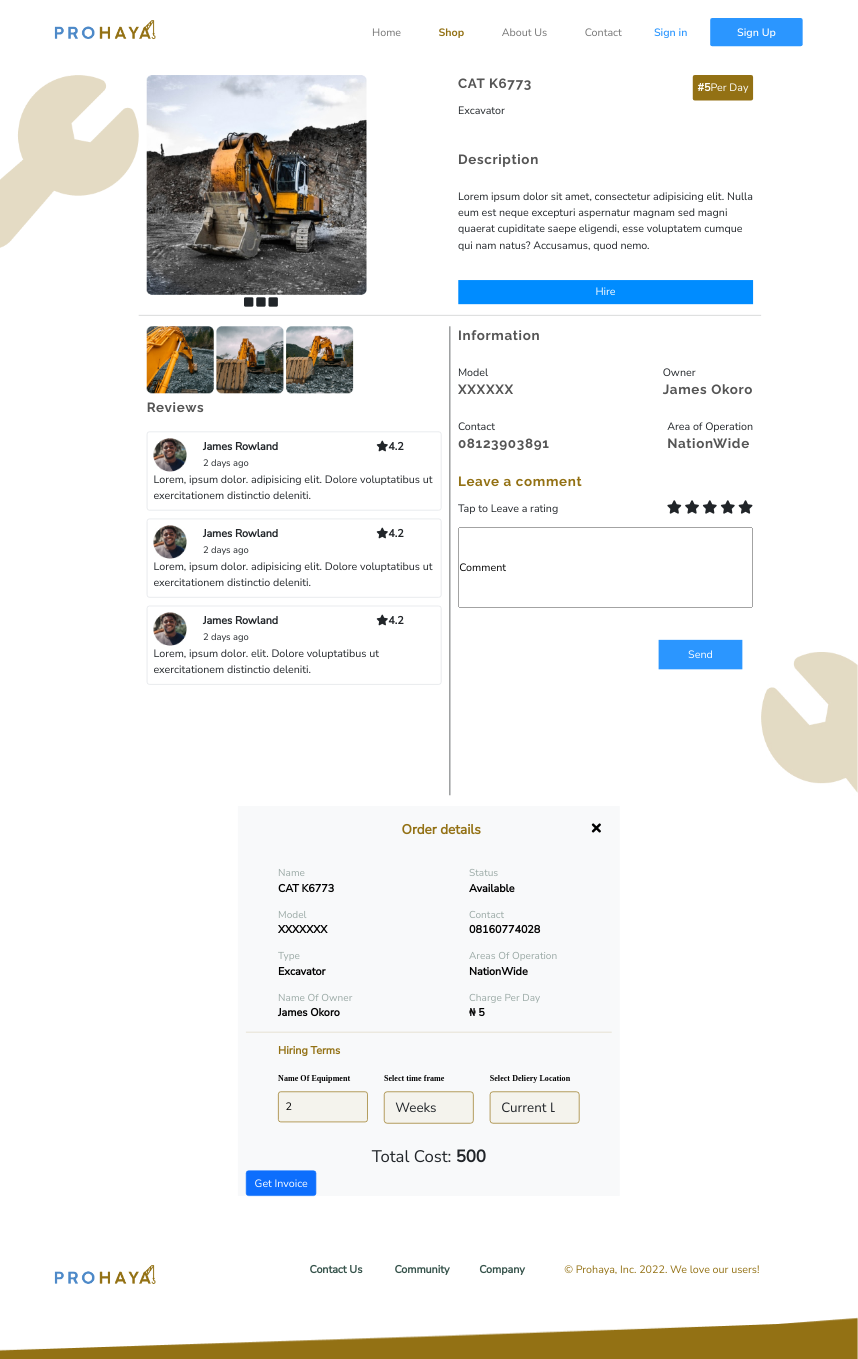
Repository: stormcelltech/Prohaya-UI
Page: equipdetails.html
The author's editor kept a copy of each file at every save. The page is drawn from the files as they stood at one save, then again after the next save.
The browser window is 1280 px wide. The pictures show the whole page, at 67% of full size.
Some web libraries are served in a nearby version.

Above is the page before, as saved 2022-04-20 10:31:54.
Console error: TypeError: $(...).owlCarousel is not a function

After the next save:
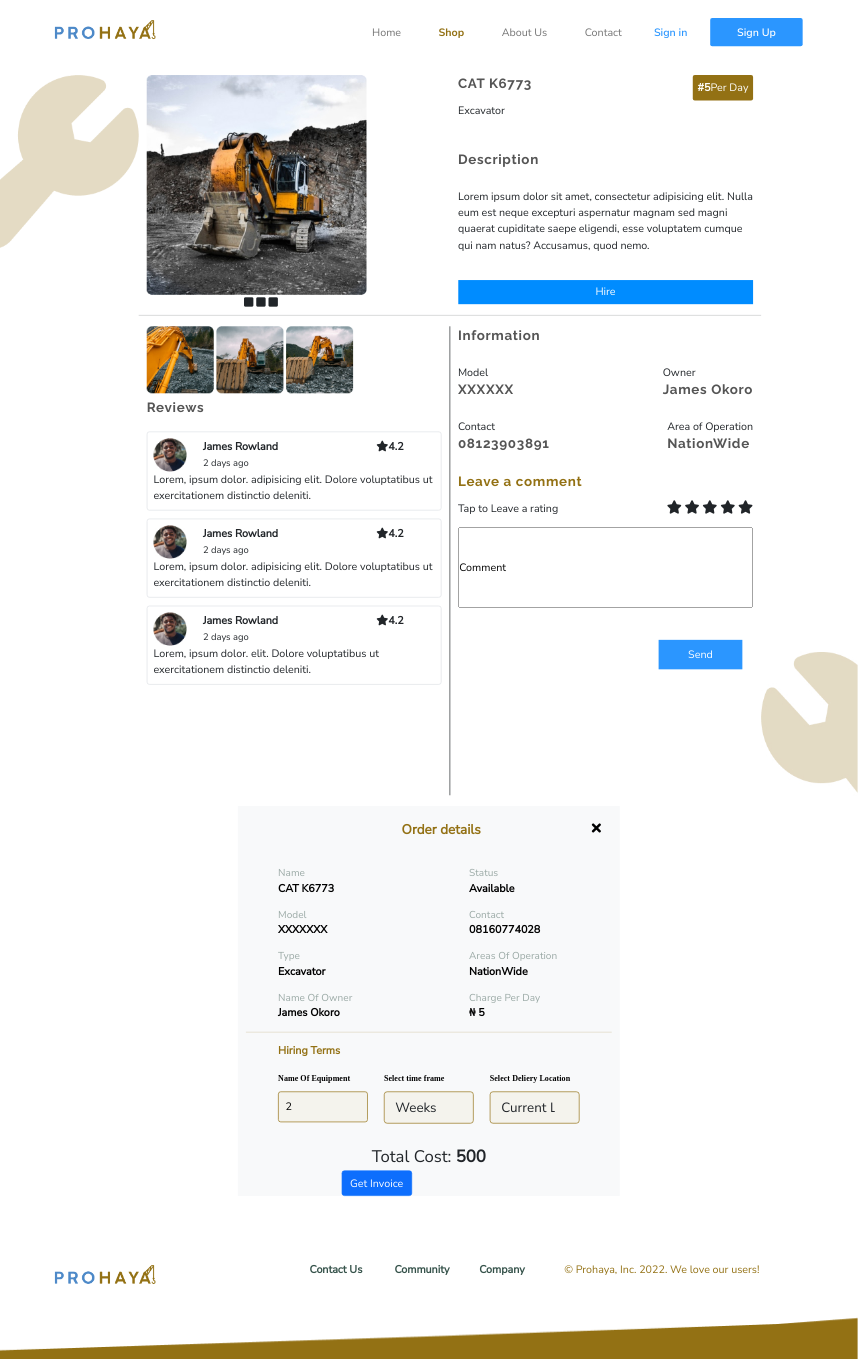
Saved 19 s later.
--- a/equipdetails.html
+++ b/equipdetails.html
@@ -281,7 +281,7 @@
                             <span class="text-center custom-cost">Total Cost: <strong>500</strong></span>
                         </div>
                         <div class="row">
-                            <div class="col-6">
+                            <div class="col-6 m-auto">
                                 <button type="submit" class="btn btn-primary text-center">Get Invoice</button>
                             </div>
 
